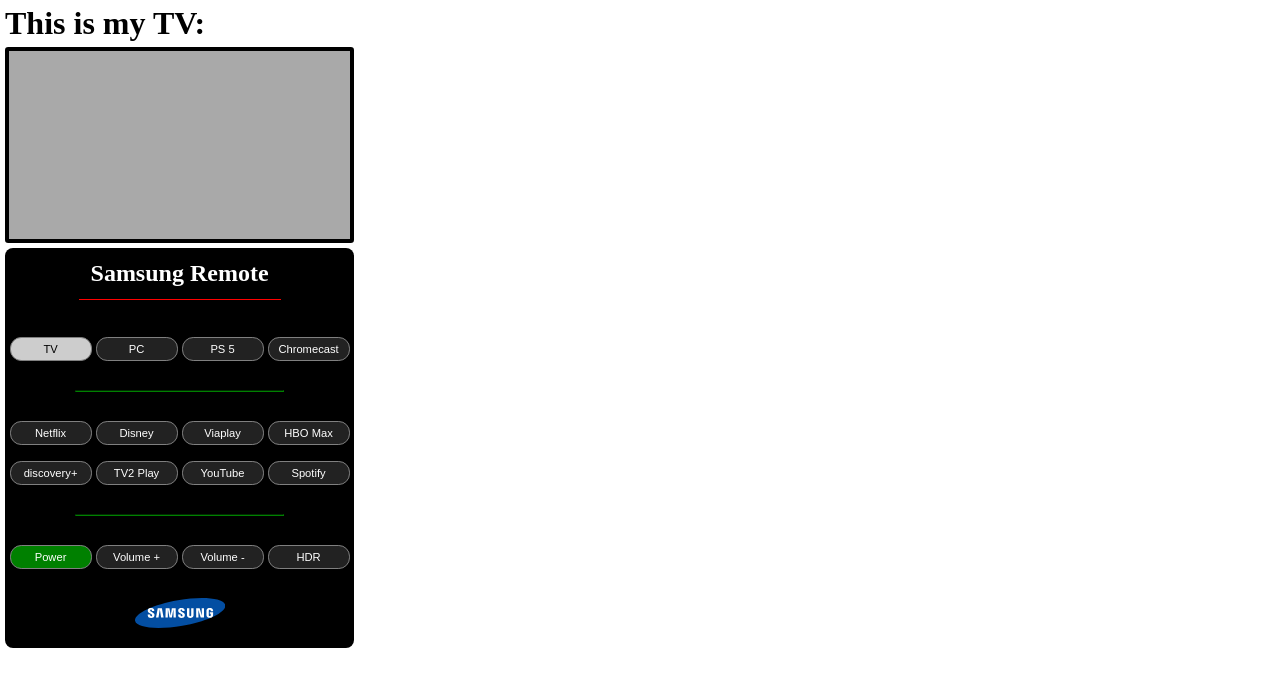
Repository: NoroffFEU/programming-foundations-ca-runeunhjem
Page: index.html
These files come from the project's save history. The page is drawn as it stood at one moment and after the next save; the edit follows.
The browser window is 1280 px wide. The pictures show the whole page.
After loading, the first visible `#tv` was clicked once.
The style sheet was rebuilt from its Sass, Less or Tailwind sources for each picture, by a compiler version that may differ from the author's.

Above is the page before, as saved 2023-01-13 14:33:22.
Console error: TypeError: Cannot set properties of undefined (setting 'innerHTML')

After the next save:
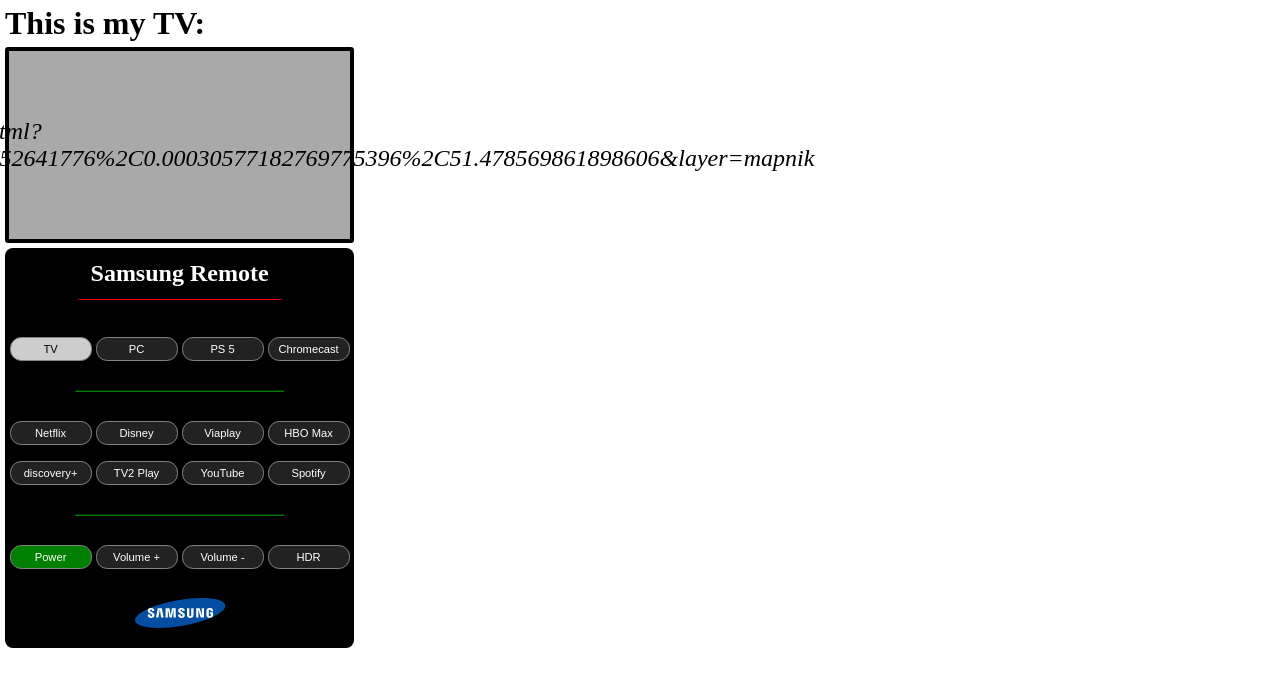
Console error: ReferenceError: iframe is not defined
Saved 4 s later.
--- a/js/optional.js
+++ b/js/optional.js
@@ -44,7 +44,7 @@
 tvButton.onclick = function color() {
   tvButton.style.backgroundColor = "#CDCDCD";
   tvButton.style.color = "#000";
-  tv__inside.src.innerHTML = "https://www.openstreetmap.org/export/embed.html?bbox=-0.004017949104309083%2C51.47612752641776%2C0.00030577182769775396%2C51.478569861898606&layer=mapnik";
+  tv__inside.innerHTML = "https://www.openstreetmap.org/export/embed.html?bbox=-0.004017949104309083%2C51.47612752641776%2C0.00030577182769775396%2C51.478569861898606&layer=mapnik";
   console.log(iframe);
 }
 // tvButton.onclick = function activeButton() {
